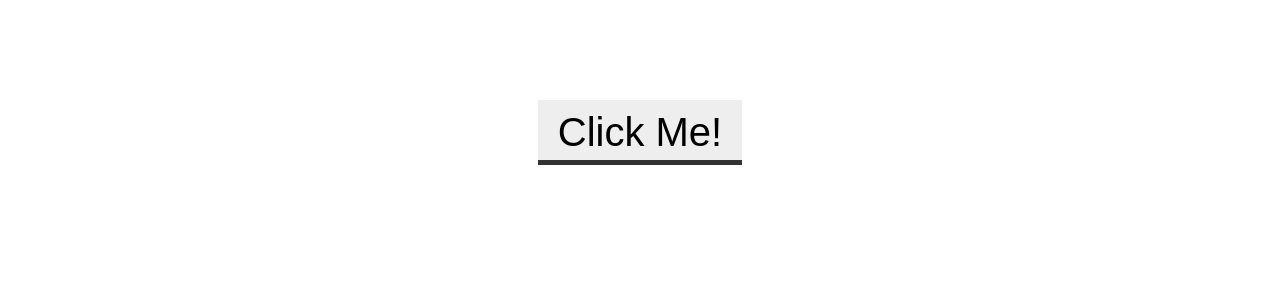
Repository: sayco/CSS-Front-End-Tutorials---Elzero
Page: 4-Create Tooltip In All Positions/index.html
An editor plug-in stored every save of this project. The page is shown before and after the next save, followed by the edit.
The browser window is 1280 px wide. The pictures show the whole page.

Above is the page before, as saved 2021-06-14 23:35:38.

### 4-Create Tooltip In All Positions/index.html
<!DOCTYPE html>
<html lang="en">
<head>
    <meta charset="UTF-8">
    <meta http-equiv="X-UA-Compatible" content="IE=edge">
    <meta name="viewport" content="width=device-width, initial-scale=1.0">
    <title>Create Tooltip In All Positions</title>
    <link rel="stylesheet" href="style.css">
</head>
<body>
    <button>
        Click Me!
        <span>This is the most valuable button</span>
    </button>
</body>
</html>

### 4-Create Tooltip In All Positions/style.css
*
{
    box-sizing: border-box;
    margin: 0px;
    padding: 0px;
}

body
{
    font-family: Arial, Helvetica, sans-serif;
    line-height: 1.4;
}

button
{
    margin: 100px auto;
    padding: 10px 20px;
    display: block;
    background-color: #eee;
    border: none;
    cursor: pointer;
    position: relative;
    font-size: 40px;
    overflow: hidden;
}

button span
{
    background-color: #333;
    color: white;
    position: absolute;
    left: 50%;
    transform: translateX(-50%);
    font-size: 18px;
    min-width: 240px;
    padding: 10px 15px;
    top: 60px;
    /* transition: .6s; */
    /* opacity: 1; */
}

button:hover span
{
    /* opacity: 0; */
}

After the next save:
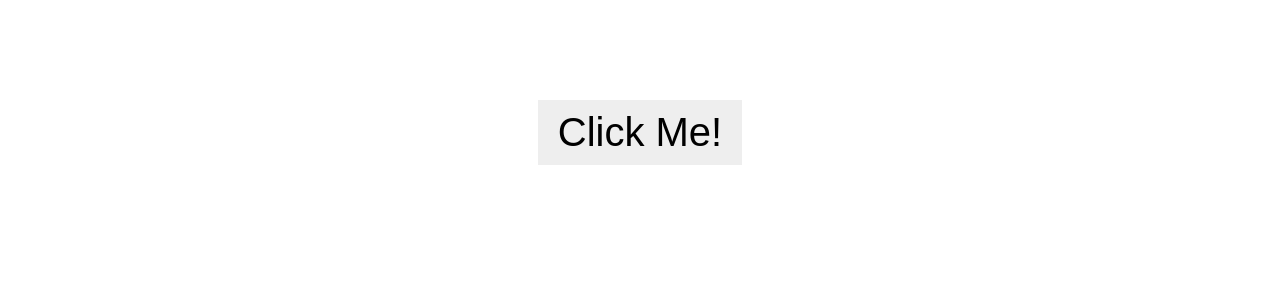
Saved 7 s later.
--- a/4-Create Tooltip In All Positions/style.css
+++ b/4-Create Tooltip In All Positions/style.css
@@ -34,7 +34,7 @@ button span
     font-size: 18px;
     min-width: 240px;
     padding: 10px 15px;
-    top: 60px;
+    top: -160px;
     /* transition: .6s; */
     /* opacity: 1; */
 }
